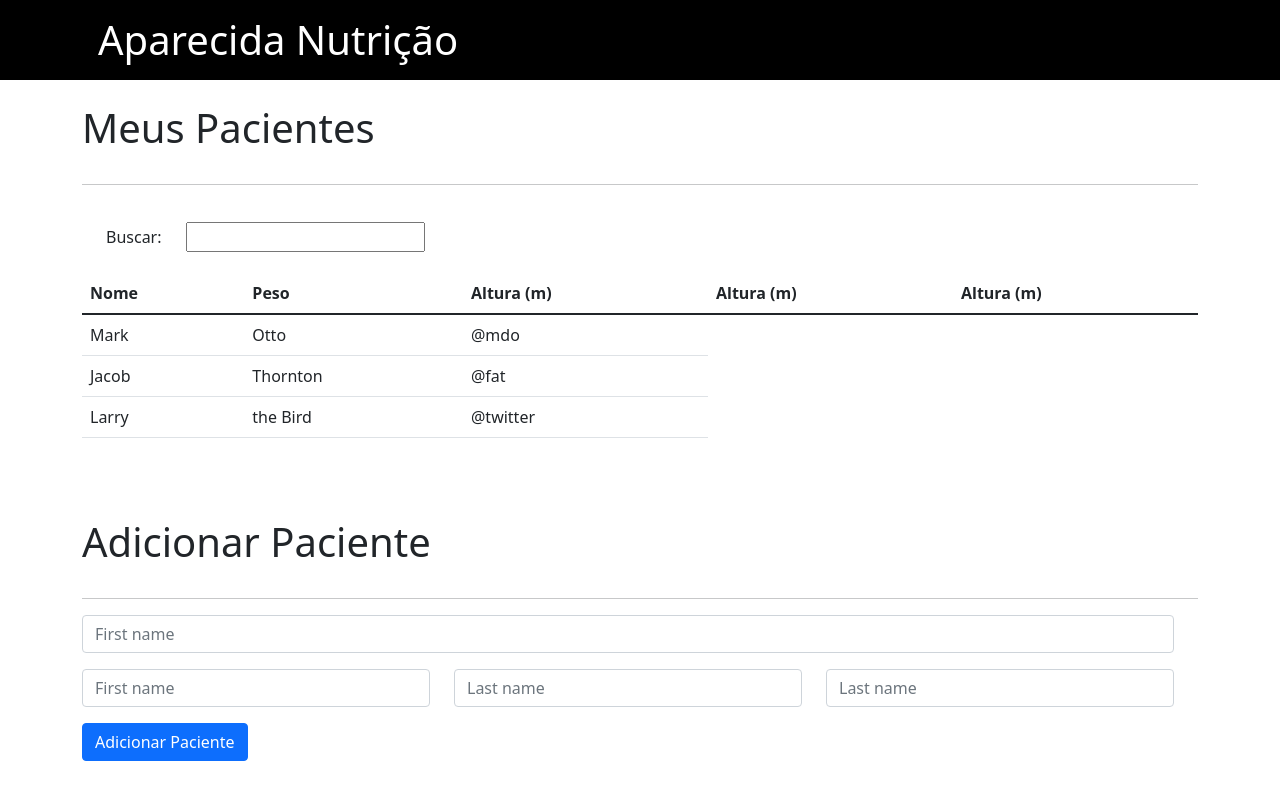
Repository: eversonps/app-paciente
Page: / (app in frontend/)
An editor plug-in stored every save of this project. The page is shown before and after the next save, followed by the edit.
The browser window is 1280 px wide. The pictures show the whole page.
The project was rebuilt for these pictures with package versions that can differ from the ones it lists, and the page was loaded fresh each time.

Above is the page before, as saved 2022-03-28 14:46:23.

### frontend/src/index.js
import React from 'react';
import ReactDOM from 'react-dom';
import './index.css';
import App from './App';
import  '../node_modules/bootstrap/dist/css/bootstrap.min.css'

ReactDOM.render(
    <App />,
    document.getElementById('root')
);

### frontend/src/App.jsx
import Header from "./components/Header";
import MyPacients from "./components/MyPacients";
import Main from "./components/Main"
import AddPacient from "./components/AddPacient";

function App() {
  return (
    <div className="App">
        <Header></Header>
        <Main>
            <MyPacients></MyPacients>
            <AddPacient></AddPacient>
        </Main>
    </div>
  );
}

export default App;

### frontend/src/components/Header.jsx
import React from "react";

export default props => {
    return (
        <header className="bg-black">
            <div className="container">
                <h1 className="text-white p-3">Aparecida Nutrição</h1>
            </div>
        </header>
    )
}

### frontend/src/components/MyPacients.jsx
import React from "react";
import FilterPacients from "../Templates/FilterPacients";
import Table from "../Templates/Table";
import Title from "../Templates/Title";

export default props => (
    <div>
        <Title name="Meus Pacientes"></Title>

        <FilterPacients></FilterPacients>
        <Table></Table>
    </div>
)

### frontend/src/components/Main.jsx
import React from "react";

export default props => (
    <main className="container">
        {props.children}
    </main>
)

### frontend/src/components/AddPacient.jsx
import React from "react";
import FormPacients from "../Templates/FormPacients";
import Title from "../Templates/Title"
import Button from "../Templates/Button";

export default props => (
    <div className="py-5">
        <Title name="Adicionar Paciente"></Title>
        <FormPacients></FormPacients>
        <div className="mt-3">
            <Button type="primary" name="Adicionar Paciente"></Button>
        </div>
    </div>
)

### frontend/src/Templates/FilterPacients.jsx
import React from "react";

export default props => (
    <div>
        <label className="m-4">Buscar: </label>
        <input type="text" />
    </div>
)

### frontend/src/Templates/Table.jsx
import React from "react";

export default props => (
    <div>
        <table class="table">
        <thead class="thead-dark">
            <tr>
                <th scope="col">Nome</th>
                <th scope="col">Peso</th>
                <th scope="col">Altura (m)</th>
                <th scope="col">Altura (m)</th>
                <th scope="col">Altura (m)</th>
            </tr>
        </thead>
        <tbody>
            <tr>
                <td>Mark</td>
                <td>Otto</td>
                <td>@mdo</td>
            </tr>
                <tr>
                <td>Jacob</td>
                <td>Thornton</td>
                <td>@fat</td>
                </tr>
            <tr>
                <td>Larry</td>
                <td>the Bird</td>
                <td>@twitter</td>
                </tr>
            </tbody>
        </table>
    </div>

)

### frontend/src/Templates/Title.jsx
import React from "react";

export default props => (
    <div>
        <h1 className="pt-3 py-3">{props.name}</h1>
        <hr />
    </div>
)

### frontend/src/Templates/FormPacients.jsx
import React from "react";

export default props => (
    <form>
        <div className="row">
            <div className="row mb-3">
                <div className="col">
                    <input type="text" className="form-control" placeholder="First name" />
                </div>
            </div>
            <div className="row">
                <div className="col">
                    <input type="text" className="form-control" placeholder="First name" />
                </div>
                <div className="col">
                    <input type="text" className="form-control" placeholder="Last name" />
                </div>
                <div className="col">
                    <input type="text" className="form-control" placeholder="Last name" />
                </div>
            </div>
        </div>
    </form>
)

### frontend/src/Templates/Button.jsx
import React from "react";

export default props => (
    <button type="button" class={`btn btn-${props.type}`}>{props.name}</button>
)

Loaded but not shown: frontend/public/index.html (common file); frontend/src/index.css (common file)

After the next save:
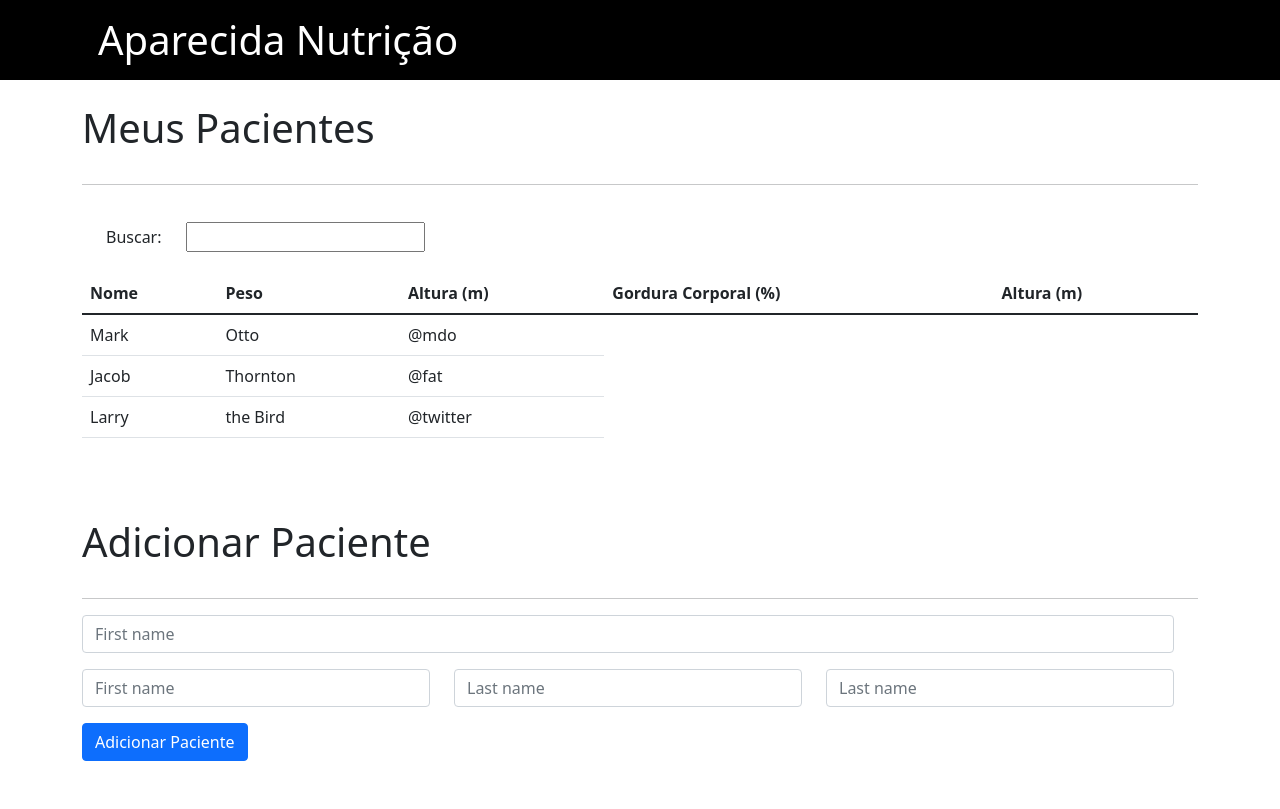
Saved 12 s later.
--- a/frontend/src/Templates/Table.jsx
+++ b/frontend/src/Templates/Table.jsx
@@ -8,7 +8,7 @@ export default props => (
                 <th scope="col">Nome</th>
                 <th scope="col">Peso</th>
                 <th scope="col">Altura (m)</th>
-                <th scope="col">Altura (m)</th>
+                <th scope="col">Gordura Corporal (%)</th>
                 <th scope="col">Altura (m)</th>
             </tr>
         </thead>
